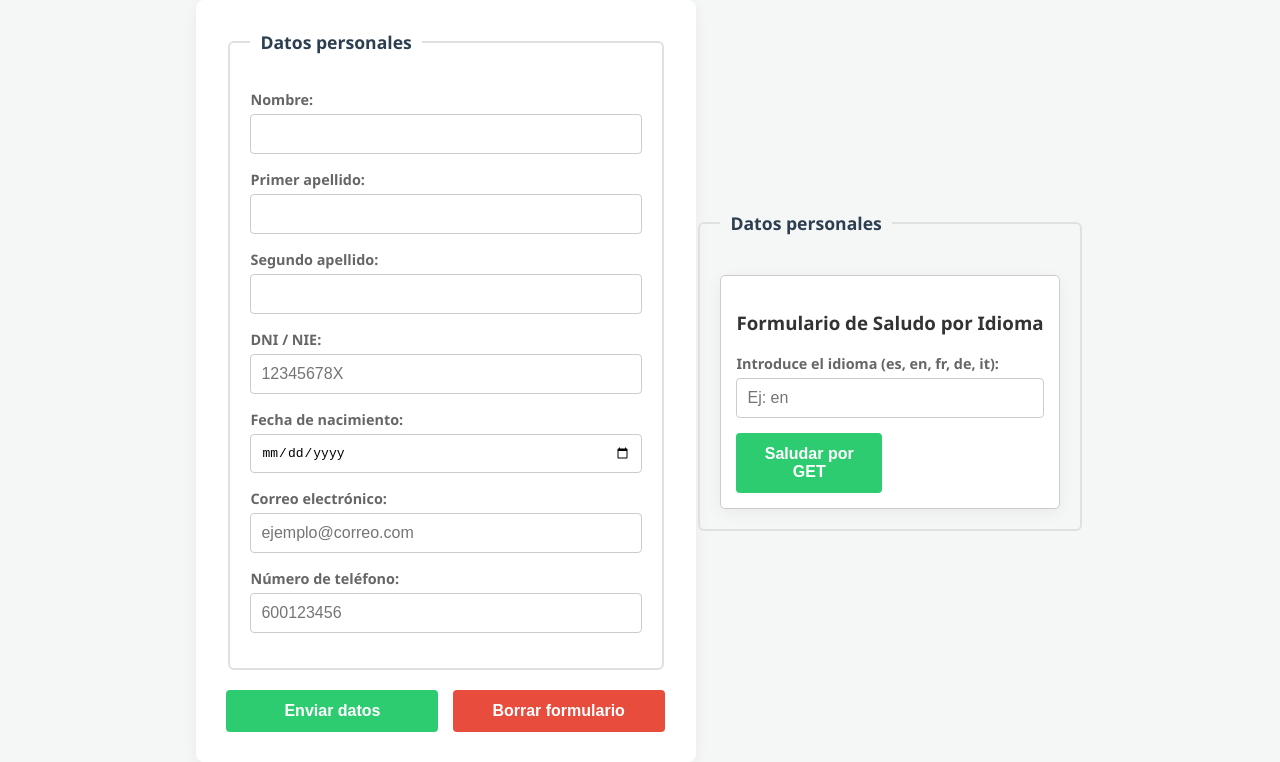
Repository: Daniel-gc271/Acceso-a-datos
Page: webapp-example/src/main/webapp/Ej5-post.html
An editor plug-in stored every save of this project. The page is shown before and after the next save, followed by the edit.
The browser window is 1280 px wide. The pictures show the whole page.

Above is the page before, as saved 2026-10-05 10:31:15.

After the next save:
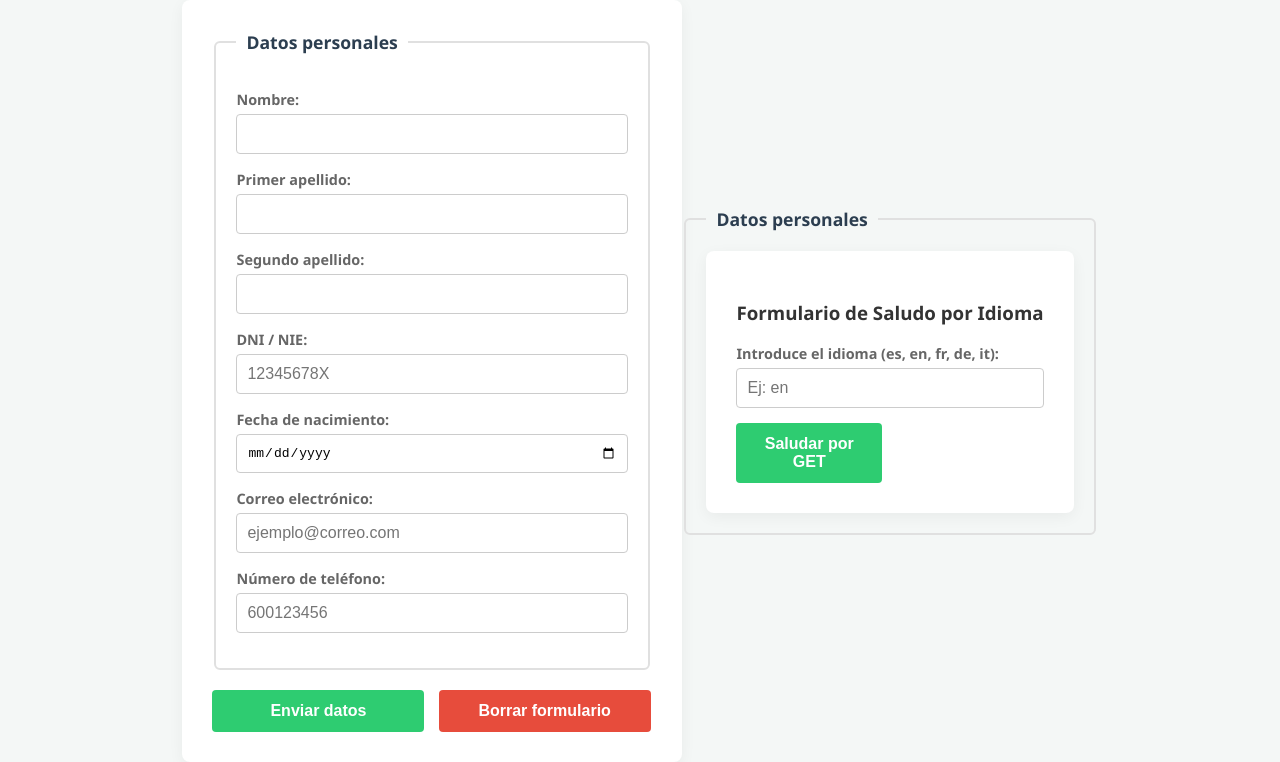
Saved 45 s later.
--- a/webapp-example/src/main/webapp/Ej5-post.html
+++ b/webapp-example/src/main/webapp/Ej5-post.html
@@ -59,7 +59,7 @@
 
 <fieldset>
 			<legend>Datos personales</legend>
-	<form action="Ej5Post_ejemplo" method="get" style="margin-top: 20px; padding: 15px; border: 1px solid #ccc; border-radius: 5px;">
+	<form action="Ej5Post_ejemplo" method="get" >
 	<h3>Formulario de Saludo por Idioma</h3>
 
 	<!-- Enviamos la variable saludo de forma fija -->
